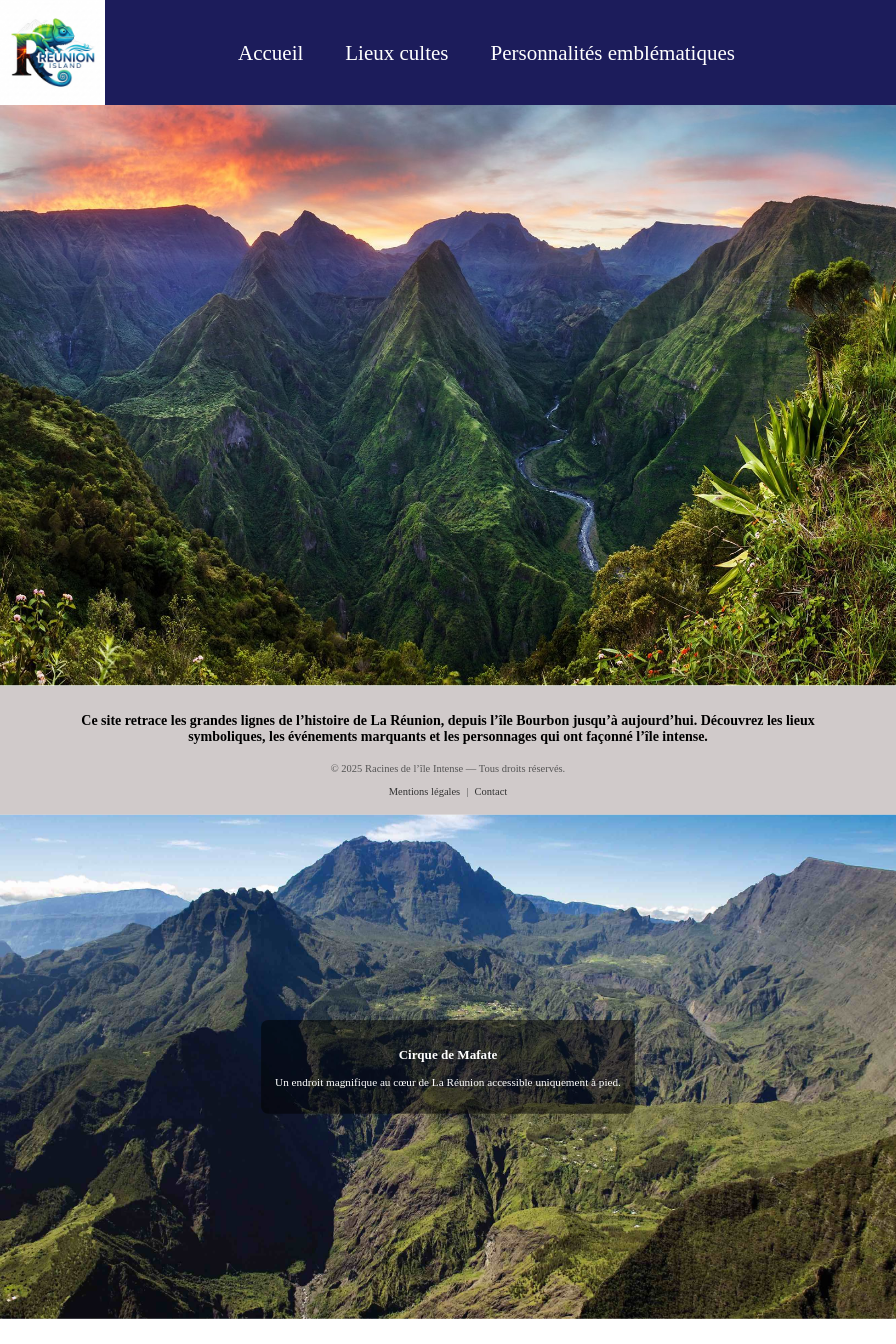
Repository: racinesintense974/Racines-de-lile-intense
Page: mafate.html
The author's editor kept a copy of each file at every save. The page is drawn from the files as they stood at one save, then again after a run of saves.
The browser window is 1280 px wide. The pictures show the part of the page from y = 0 to 1920 px (the page is 2898 px tall before and 1884 px after), at 70% of full size.

Above is the page before, as saved 2026-02-10 13:54:45.

### mafate.html
<!DOCTYPE html>
<html lang="fr">
<head>
    <meta charset="UTF-8">
    <meta name="viewport" content="width=device-width, initial-scale=1.0">
    <title>Racines-Mafate</title>
<link rel="stylesheet" href="css/mafate.css">
</head>


<body>
<section class="top-page">
        <header class="header">
            <img src="image/logo22.png" alt="logo du site">
        <nav class="nav">
    <ul class="menu">
        <li><a href="index.html">Accueil</a></li>

        <li class="dropdown">
            <a href="#">Lieux cultes</a>
            <ul class="submenu">
                <li><a href="mafate.html">Mafate</a></li>
                <li><a href="cilaos.html">Cilaos</a></li>
                <li><a href="volcans.html">Les volcans</a></li>
            </ul>
        </li>

         <li class="dropdown">
        <a href="#">Personnalités emblématiques</a>
            <ul class="submenu">
                <li><a href="Olivier.html">Olivier Levasseur</a></li>
                <li><a href="Desbassayns.html">Madame Desbassayns</a></li>
                <li><a href="Garros.html">Rolland Garros</a></li>
            </ul>
        </li>
    </ul>
</nav>

        </header>

        <footer class="footer">
    <h1 class="big-title2">Ce site retrace les grandes lignes de l’histoire de La Réunion, depuis l’île Bourbon jusqu’à aujourd’hui. Découvrez les lieux symboliques, les événements marquants et les personnages qui ont façonné l’île intense.</h1>
  <p>&copy; 2025 Racines de l’île Intense — Tous droits réservés.</p>
  <p><a href="mentions-legales.html">Mentions légales</a> | <a href="contact.html">Contact</a></p>
</footer>

<section class="mafate-hero">
  <div class="contenu">
    <h1>Cirque de Mafate</h1>
    <p>Un endroit magnifique au cœur de La Réunion accessible uniquement à pied.</p>
  </div>
</section>
  <footer class="footer">
    <h1 class="big-title2">Ce site retrace les grandes lignes de l’histoire de La Réunion, depuis l’île Bourbon jusqu’à aujourd’hui. Découvrez les lieux symboliques, les événements marquants et les personnages qui ont façonné l’île intense.</h1>
  <p>&copy; 2025 Racines de l’île Intense — Tous droits réservés.</p>
  <p><a href="mentions-legales.html">Mentions légales</a> | <a href="contact.html">Contact</a></p>
</footer>
</body>
</html>

### css/mafate.css

*

body {
    margin: 0 auto;

}

header.header {
    display: flex;
    align-items: center;
    background-color: rgb(28, 28, 91);                    /* Entête */
    margin: 0;

}

header.header img {
    width: 150px;
}






section.top-page {
    background: url('../image/point-de-vue-mafate-frog_974.jpg');
    background-size: cover;
    height: 136vh;
    padding: 0px;
}
/* page de bienvenue (landing page) */
.big-title {
    color: rgb(255, 255, 255);
    font-size: 27px;
    padding: 55px 360px;
    background-color: rgba(0, 0, 0, 0.323);
    margin-top: 0;



}
html, body {
  height: 100%;           /* Nécessaire pour que le conteneur remplisse l'écran */
  margin: 0;
  padding: 0;
}

.conteneur-central {
  display: flex;
  justify-content: center;      /* centre horizontalement */
  align-items: center;          /* centre verticalement */
  height: 70vh;                /* 100% de la hauteur de l'écran */
}

/* La galerie contient les images */
.galerie-images {
  display: flex;
  gap: 20px;
  flex-wrap: wrap;
  justify-content: center;
}

.galerie-images img {
  width: 390px;
  height: auto;
  border-radius: 50px;
  box-shadow: 0 4px 10px rgba(0, 0, 0, 0.1);
  transition: transform 0.3s ease;
}

.galerie-images img:hover {
  transform: scale(1.05);
}

.big-title2 {
    color: black;
    font-size: 20px;
    padding: 10px 50px;
}

.footer {
    width: 100%;
  background-color: #d0caca;
  padding: 10px;
  text-align: center;
  font-size: 15px;
  color: #555;
  border-top: 1px solid #ccc;
  margin-top: 830px;
   box-sizing: border-box;

}

.mafate-hero {
  height: 100vh;
  background-image: url("images/mafate.jpg");
  background-size: cover;
  background-position: center;
  display: flex;
  justify-content: center;
  align-items: center;
}

.contenu {
  background: rgba(0,0,0,0.5);
  color: white;
  padding: 20px;
  text-align: center;
  border-radius: 10px;
}


.footer a {
  color: #333;
  text-decoration: none;
  margin: 0 5px;
}

.footer a:hover {
  text-decoration: underline;
}


/* menu de navigation */

nav.nav {
    display: flex;
    justify-content: space-between;
    list-style: none;
    width: 970px;
    margin-left: 180px;
font-size: 30px;
}


nav.nav li {
    color: white;
}



/* ===== MENU DEROULANT LIEUX-CULTES ===== */

nav.nav ul.menu {
    list-style: none;
    display: flex;
    gap: 40px;           /* espace entre les éléments */
    margin: 0;
    padding: 0;
}

nav.nav ul.menu > li {
    position: relative;
}

nav.nav ul.menu a {
    text-decoration: none;
    color: white;
    font-size: 30px;
    padding: 10px;
}

/* Sous-menu caché */
.submenu {
    list-style: none;
    padding: 0;
    margin: 0;
    position: absolute;
    background: rgb(12, 16, 70);
    border-radius: 5px;
    border: 1px solid black;
    display: none;
    min-width: 180px;
    z-index: 10;
}

/* Liens du sous-menu */
.submenu li a {
    color: black;
    padding: 10px;
    display: block;
    font-size: 20px;
}

/* Apparition au survol */
.dropdown:hover .submenu {
    display: block;
}

/* Effet hover */
.submenu li a:hover {
    background-color: #a01212;
}

After the next 2 saves:
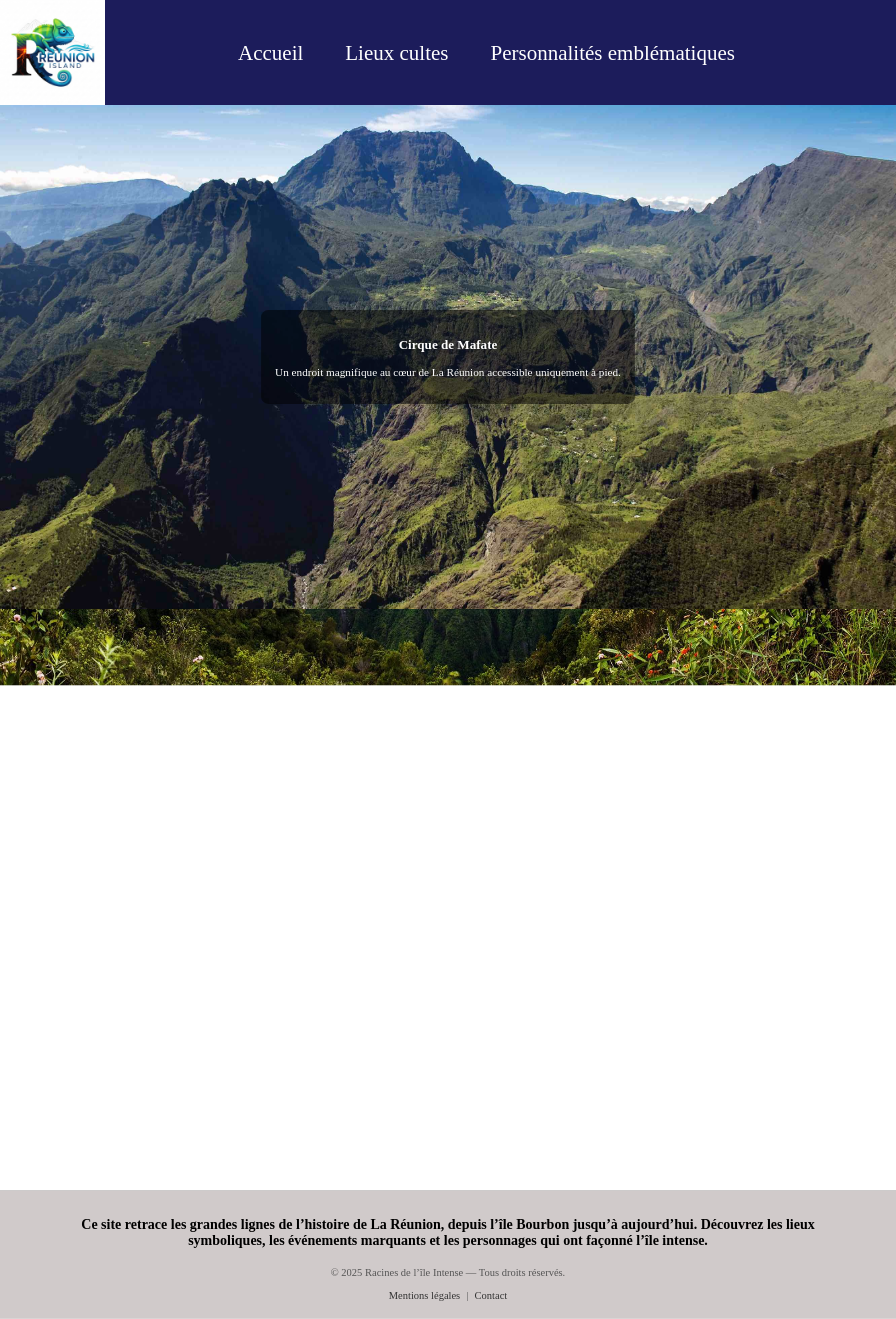
The 2 saves are shown as one change because they came seconds apart.
The last was saved 8 s later.
--- a/mafate.html
+++ b/mafate.html
@@ -38,12 +38,6 @@
 
         </header>
 
-        <footer class="footer">
-    <h1 class="big-title2">Ce site retrace les grandes lignes de l’histoire de La Réunion, depuis l’île Bourbon jusqu’à aujourd’hui. Découvrez les lieux symboliques, les événements marquants et les personnages qui ont façonné l’île intense.</h1>
-  <p>&copy; 2025 Racines de l’île Intense — Tous droits réservés.</p>
-  <p><a href="mentions-legales.html">Mentions légales</a> | <a href="contact.html">Contact</a></p>
-</footer>
-
 <section class="mafate-hero">
   <div class="contenu">
     <h1>Cirque de Mafate</h1>
